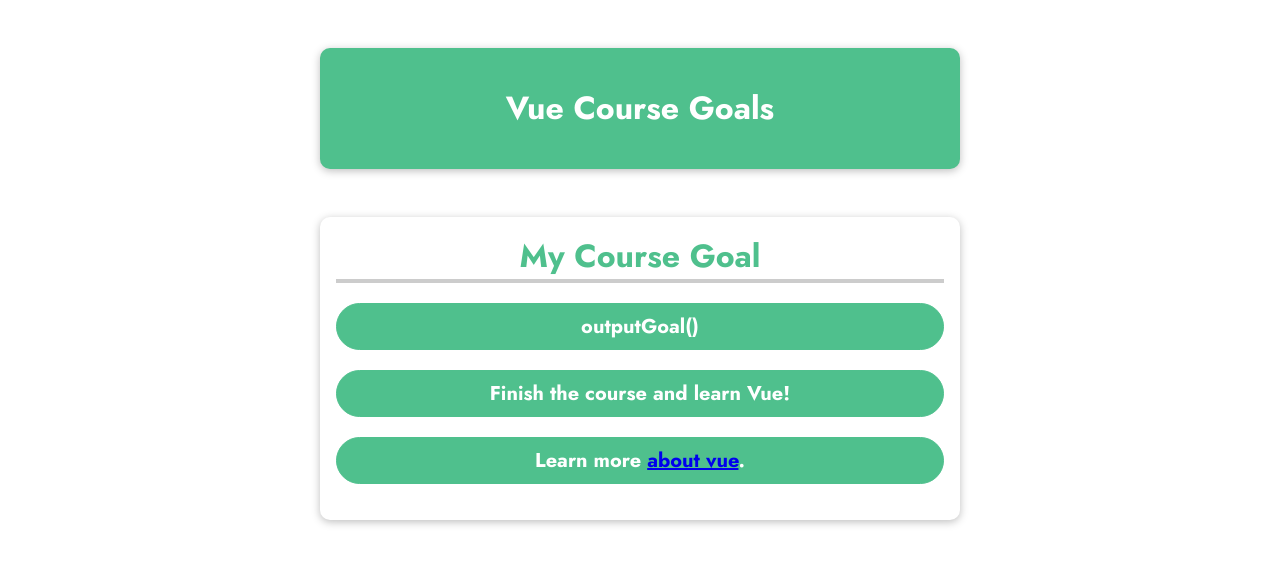
Repository: zmarkoni/Vue-The-Complete-Guide
Page: basics-01-starting-code/index.html
These files come from the project's save history. The page is drawn as it stood at one moment and after a run of saves; the edit follows.
The browser window is 1280 px wide. The pictures show the whole page.

Above is the page before, as saved 2020-12-29 10:26:54.

After the next 2 saves:
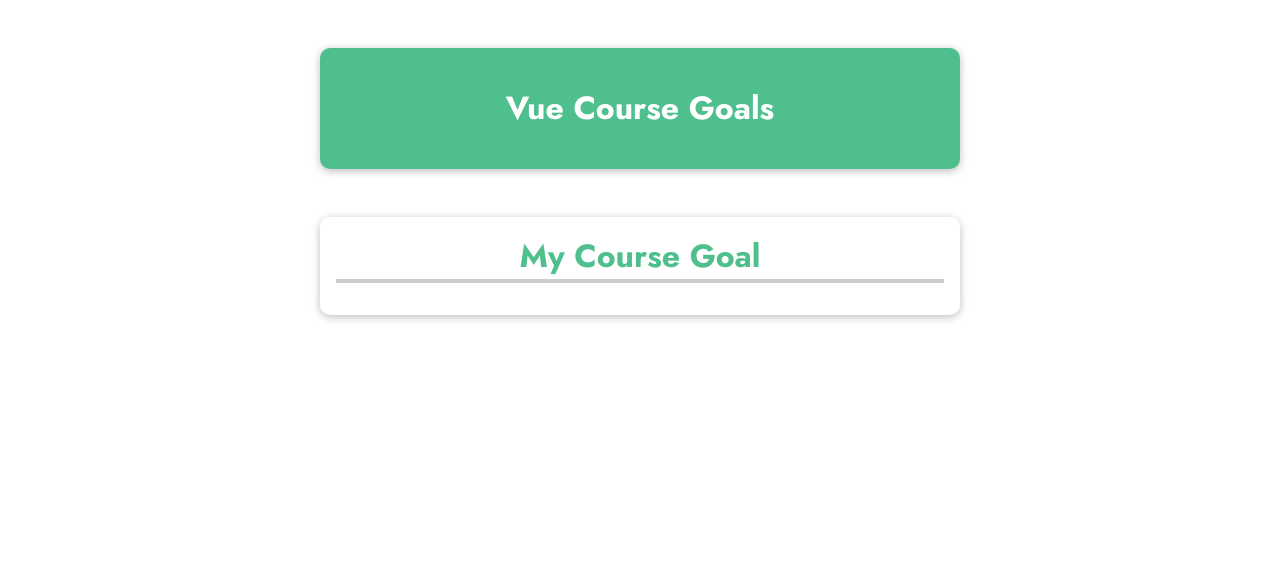
Console error (its wording comes from the project's code and is left out).
The 2 saves are shown as one change because they came seconds apart.
The last was saved 15 s later.
--- a/basics-01-starting-code/index.html
+++ b/basics-01-starting-code/index.html
@@ -18,7 +18,7 @@
     </header>
     <section id="user-goal">
       <h2>My Course Goal</h2>
-      <p>outputGoal()</p>
+      <poutputGoal()></poutputGoal></p>
       <p>{{ outputGoal() }}</p>
       <p>Learn more <a v-bind:href="vueLink" target="_blank">about vue</a>.</p>
     </section>
